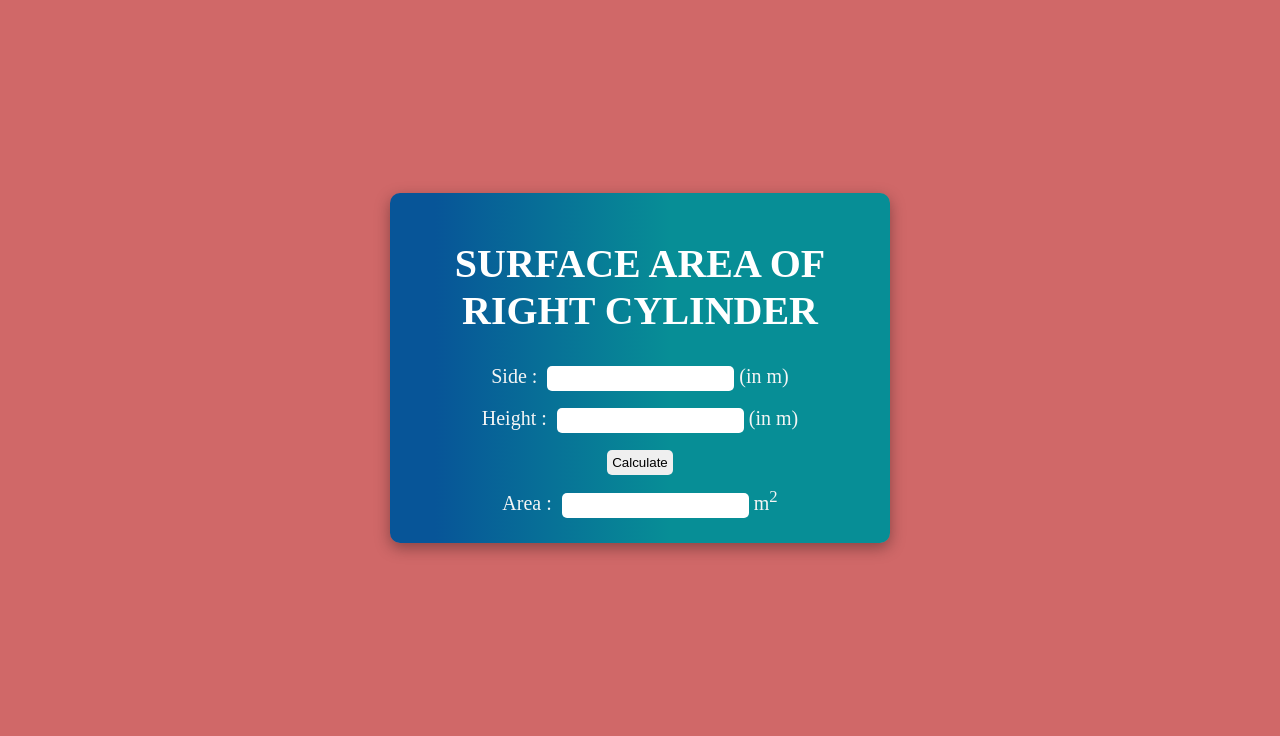
Repository: Oviya24032K6/MathServer
Page: oviya/mathapp/templates/mathapp/maths.html
The author's editor kept a copy of each file at every save. The page is drawn from the files as they stood at one save, then again after the next save.
The browser window is 1280 px wide. The pictures show the whole page.
The template is drawn by Django 5.2. The application's start-up code is not run. Other server files are loaded and not shown. The template is opened directly, without the code that normally fills it, so the values that code supplies are empty.

Above is the page before, as saved 2024-04-01 14:17:53.

### oviya/mathapp/templates/mathapp/maths.html
<html>
    <head>
        <meta charset='utf-8'>
        <meta http-equiv='X-UA-Compatible' content='IE=edge'>
        <title>SURFACEAREA OF RIGHT CYLIDER</title>
        <meta name='viewport' content='width=device-width, initial-scale=1'>
        <style type="text/css">
            body {
                background-color:rgb(208, 104, 104);
            }

            .edge {
                display: flex;
                height: 100vh;
                width: 100%;
                justify-content: center;
                align-items: center;
            }

            .box {
                display: block;
                width: 500px;
                min-height: 300px;
                font-size: 20px;
                background: rgb(196, 193, 25);
                background: linear-gradient(90deg, rgba(7,85,152,1) 9%, rgba(7,142,150,1) 56%);
                border-radius: 10px;
                box-shadow: rgba(0, 0, 0, 0.35) 0px 5px 15px;
            }

            .formelt {
                color: whitesmoke;
                text-align: center;
                margin-top: 7px;
                margin-bottom: 6px;
            }

            h1 {
                color: white;
                text-align: center;
                padding-top: 20px;
            }
            input{
                margin: 5px;
                padding: 5px;
                border-radius: 5px;
                border: none;

            }
        </style>
<body>
    <div class="edge">
        <div class="box">
            <h1>SURFACE AREA OF RIGHT CYLINDER</h1>
            <form method="POST">
                {% csrf_token %}
                <div class="formelt">
                    Side : <input type="text" name="radius" value="{{r}}"></input>(in m)<br />
                </div>
                <div class="formelt">
                    Height : <input type="text" name="height" value="{{h}}"></input>(in m)<br />
                </div>
                <div class="formelt">
                    <input type="submit" value="Calculate"></input><br />
                </div>
                <div class="formelt">
                    Area : <input type="text" name="area" value="{{area}}"></input>m<sup>2</sup><br />
                </div>
            </form>
        </div>
    </div>
</body>
</head>
</html>

After the next save:
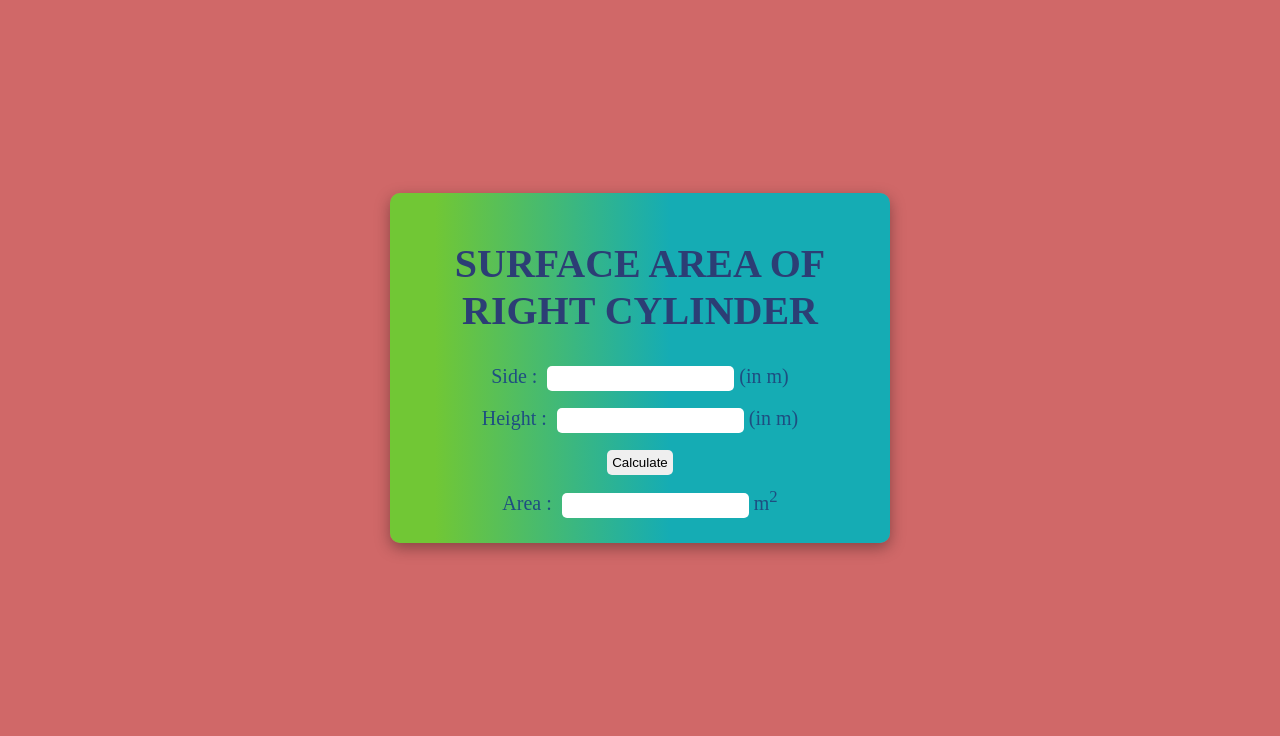
Saved 52 s later.
--- a/oviya/mathapp/templates/mathapp/maths.html
+++ b/oviya/mathapp/templates/mathapp/maths.html
@@ -23,20 +23,20 @@
                 min-height: 300px;
                 font-size: 20px;
                 background: rgb(196, 193, 25);
-                background: linear-gradient(90deg, rgba(7,85,152,1) 9%, rgba(7,142,150,1) 56%);
+                background: linear-gradient(90deg, rgb(113, 199, 53) 9%, rgb(21, 172, 180) 56%);
                 border-radius: 10px;
                 box-shadow: rgba(0, 0, 0, 0.35) 0px 5px 15px;
             }
 
             .formelt {
-                color: whitesmoke;
+                color: rgb(30, 78, 129);
                 text-align: center;
                 margin-top: 7px;
                 margin-bottom: 6px;
             }
 
             h1 {
-                color: white;
+                color: rgb(44, 62, 117);
                 text-align: center;
                 padding-top: 20px;
             }
